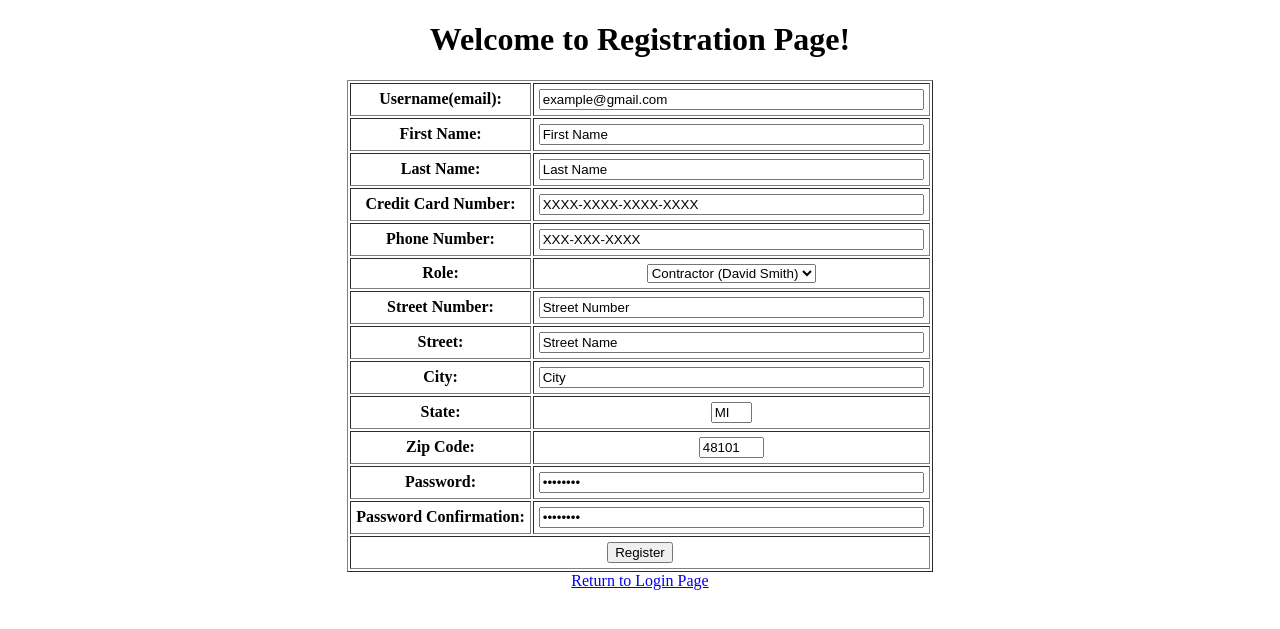
Repository: jrule5960/Tree-Cutting-Database
Page: http://localhost/database/register.jsp
The author's editor kept a copy of each file at every save. The page is drawn from the files as they stood at one save, then again after the next save.
The browser window is 1280 px wide. The pictures show the whole page.
The page is served by Tomcat 9. Other server files are loaded and not shown.

Above is the page before, as saved 2023-11-06 21:09:35.

### database/WebContent/register.jsp
<%@ page language="java" contentType="text/html; charset=ISO-8859-1"
    pageEncoding="ISO-8859-1"%>
<!DOCTYPE html>
<html>
<head><title>Registration</title></head>
<body>
    <center>
<h1>Welcome to Registration Page!</h1>
    </center>

	<div align="center">
		<p> ${errorOne } </p>
		<p> ${errorTwo } </p>
		<form action="register">
			<table border="1" cellpadding="5">
				<tr>
					<th>Username(email): </th>
					<td align="center" colspan="3">
						<input type="text" name="email" size="45"  value="example@gmail.com" onfocus="this.value=''">
					</td>
				</tr>
				<tr>
					<th>First Name: </th>
					<td align="center" colspan="3">
						<input type="text" name="firstName" size="45" value="First Name" onfocus="this.value=''">
					</td>
				</tr>
				<tr>
					<th>Last Name: </th>
					<td align="center" colspan="3">
						<input type="text" name="lastName" size="45" value="Last Name" onfocus="this.value=''">
					</td>
				</tr>
				<tr>
				    <th>Credit Card Number: </th>
				    <td align="center" colspan="3">
				        <input type="text" name="creditCardNumber" size="45" value="XXXX-XXXX-XXXX-XXXX" onfocus="this.value=''">
				    </td>
				</tr>
				<tr>
				    <th>Phone Number: </th>
				    <td align="center" colspan="3">
				        <input type="text" name="phoneNumber" size="45" value="XXX-XXX-XXXX" onfocus="this.value=''">
				    </td>
				</tr>
				<tr>
				    <th>Role: </th>
				    <td align="center" colspan="3">
				        <select name="role">
				            <option value="David Smith">Contractor (David Smith)</option>
				            <option value="Client">Client</option>
				            <option value="Admin Root">Root Admin</option>
				        </select>
				    </td>
				</tr>

				<tr>
				    <th>Street Number: </th>
				    <td align="center" colspan="3">
				        <input type="text" name="adress_street_num" size="45" value="Street Number" onfocus="this.value=''">
				    </td>
				</tr>
				<tr>
				    <th>Street: </th>
				    <td align="center" colspan="3">
				        <input type="text" name="adress_street" size="45" value="Street Name" onfocus="this.value=''">
				    </td>
				</tr>
				<tr>
				    <th>City: </th>
				    <td align="center" colspan="3">
				        <input type="text" name="adress_city" size="45" value="City" onfocus="this.value=''">
				    </td>
				</tr>
				<tr>
				    <th>State: </th>
				    <td align="center" colspan="3">
				        <input type="text" name="adress_state" size="2" value="MI" onfocus="this.value=''">
				    </td>
				</tr>
				<tr>
				    <th>Zip Code: </th>
				    <td align="center" colspan="3">
				        <input type="text" name="adress_zip_code" size="5" value="48101" onfocus="this.value=''">
				    </td>
				</tr>

				<tr>
					<th>Password: </th>
					<td align="center" colspan="3">
						<input type="password" name="password" size="45" value="password" onfocus="this.value=''">
					</td>
				</tr>
				<tr>
					<th>Password Confirmation: </th>
					<td align="center" colspan="3">
						<input type="password" name="confirmation" size="45" value="password" onfocus="this.value=''">
					</td>

				</tr>
				<tr>
					<td align="center" colspan="5">
						<input type="submit" value="Register"/>
					</td>
				</tr>
			</table>
			<a href="login.jsp" target="_self">Return to Login Page</a>
		</form>
	</div>
</body>

After the next save:
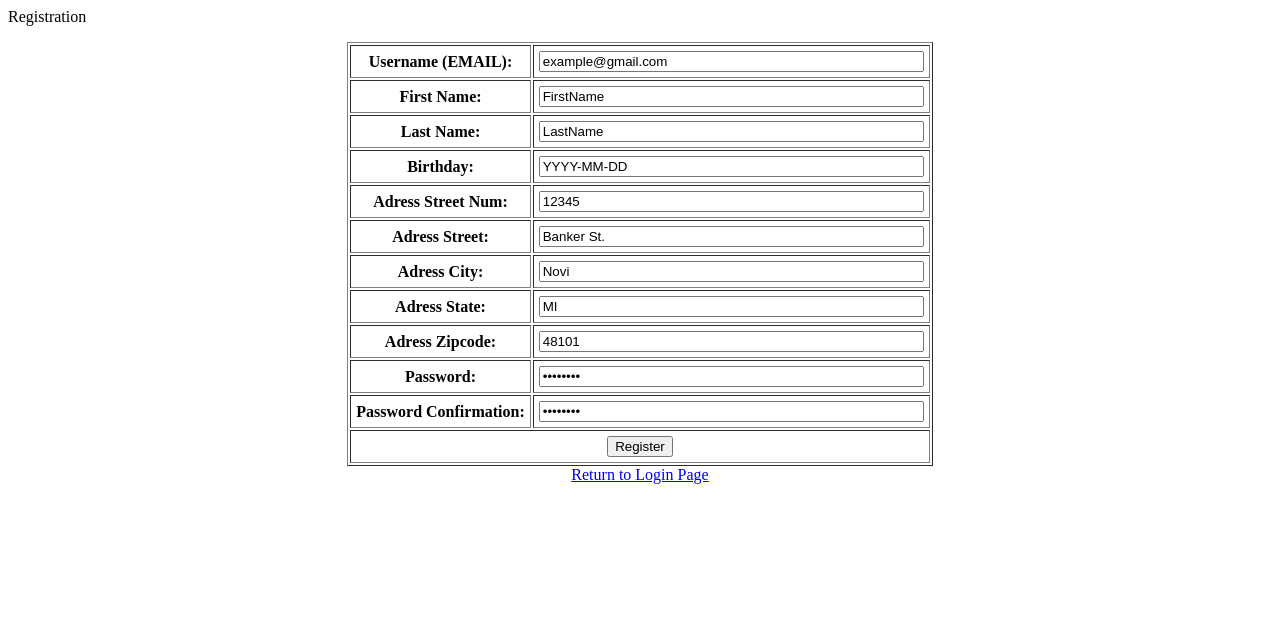
Saved 16 s later.
--- a/database/WebContent/register.jsp
+++ b/database/WebContent/register.jsp
@@ -4,9 +4,7 @@
 <html>
 <head><title>Registration</title></head>
 <body>
-    <center>
-<h1>Welcome to Registration Page!</h1>
-    </center>
+<head>Registration</head>
 
 	<div align="center">
 		<p> ${errorOne } </p>
@@ -14,7 +12,7 @@
 		<form action="register">
 			<table border="1" cellpadding="5">
 				<tr>
-					<th>Username(email): </th>
+					<th>Username (EMAIL): </th>
 					<td align="center" colspan="3">
 						<input type="text" name="email" size="45"  value="example@gmail.com" onfocus="this.value=''">
 					</td>
@@ -22,67 +20,60 @@
 				<tr>
 					<th>First Name: </th>
 					<td align="center" colspan="3">
-						<input type="text" name="firstName" size="45" value="First Name" onfocus="this.value=''">
+						<input type="text" name="firstName" size="45" value="FirstName" onfocus="this.value=''">
 					</td>
 				</tr>
 				<tr>
 					<th>Last Name: </th>
 					<td align="center" colspan="3">
-						<input type="text" name="lastName" size="45" value="Last Name" onfocus="this.value=''">
+						<input type="text" name="lastName" size="45" value="LastName" onfocus="this.value=''">
 					</td>
 				</tr>
+
+
 				<tr>
-				    <th>Credit Card Number: </th>
-				    <td align="center" colspan="3">
-				        <input type="text" name="creditCardNumber" size="45" value="XXXX-XXXX-XXXX-XXXX" onfocus="this.value=''">
-				    </td>
-				</tr>
-				<tr>
-				    <th>Phone Number: </th>
-				    <td align="center" colspan="3">
-				        <input type="text" name="phoneNumber" size="45" value="XXX-XXX-XXXX" onfocus="this.value=''">
-				    </td>
-				</tr>
-				<tr>
-				    <th>Role: </th>
-				    <td align="center" colspan="3">
-				        <select name="role">
-				            <option value="David Smith">Contractor (David Smith)</option>
-				            <option value="Client">Client</option>
-				            <option value="Admin Root">Root Admin</option>
-				        </select>
-				    </td>
+					<th>Birthday: </th>
+					<td align="center" colspan="3">
+						<input type="text" name="birthday" size="45" value="YYYY-MM-DD" onfocus="this.value=''">
+					</td>
+
 				</tr>
 
 				<tr>
-				    <th>Street Number: </th>
-				    <td align="center" colspan="3">
-				        <input type="text" name="adress_street_num" size="45" value="Street Number" onfocus="this.value=''">
-				    </td>
+					<th>Adress Street Num: </th>
+					<td align="center" colspan="3">
+						<input type="text" name="adress_street_num" size="45" value="12345" onfocus="this.value=''">
+					</td>
+
 				</tr>
 				<tr>
-				    <th>Street: </th>
-				    <td align="center" colspan="3">
-				        <input type="text" name="adress_street" size="45" value="Street Name" onfocus="this.value=''">
-				    </td>
+					<th>Adress Street: </th>
+					<td align="center" colspan="3">
+						<input type="text" name="adress_street" size="45" value="Banker St." onfocus="this.value=''">
+					</td>
+
+				</tr>
+
+				<tr>
+					<th>Adress City: </th>
+					<td align="center" colspan="3">
+						<input type="text" name="adress_city" size="45" value="Novi" onfocus="this.value=''">
+					</td>
+
 				</tr>
 				<tr>
-				    <th>City: </th>
-				    <td align="center" colspan="3">
-				        <input type="text" name="adress_city" size="45" value="City" onfocus="this.value=''">
-				    </td>
+					<th>Adress State: </th>
+					<td align="center" colspan="3">
+						<input type="text" name="adress_state" size="45" value="MI" onfocus="this.value=''">
+					</td>
+
 				</tr>
 				<tr>
-				    <th>State: </th>
-				    <td align="center" colspan="3">
-				        <input type="text" name="adress_state" size="2" value="MI" onfocus="this.value=''">
-				    </td>
-				</tr>
-				<tr>
-				    <th>Zip Code: </th>
-				    <td align="center" colspan="3">
-				        <input type="text" name="adress_zip_code" size="5" value="48101" onfocus="this.value=''">
-				    </td>
+					<th>Adress Zipcode: </th>
+					<td align="center" colspan="3">
+						<input type="text" name="adress_zip_code" size="45" value="48101" onfocus="this.value=''">
+					</td>
+
 				</tr>
 
 				<tr>
